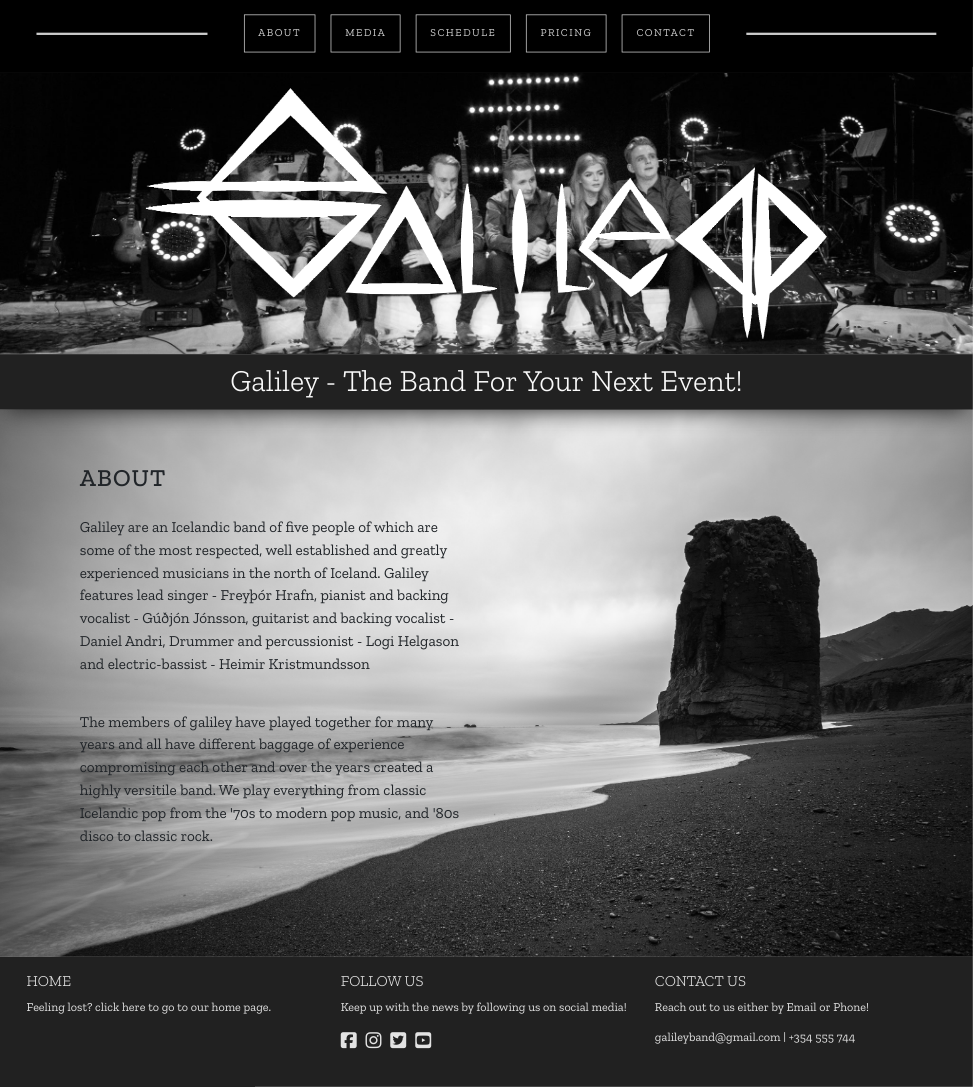
Repository: HeimirDavid/Galiley-Website
Page: index.html
The author's editor kept a record of every edit. The page is drawn from the files as they stood at one moment, then again after the next edit.
The browser window is 1280 px wide. The pictures show the whole page, at 76% of full size.
Backgrounds fixed to the window are drawn as part of the page. Some web libraries are served in a nearby version.

Above is the page before.

After the next edit:
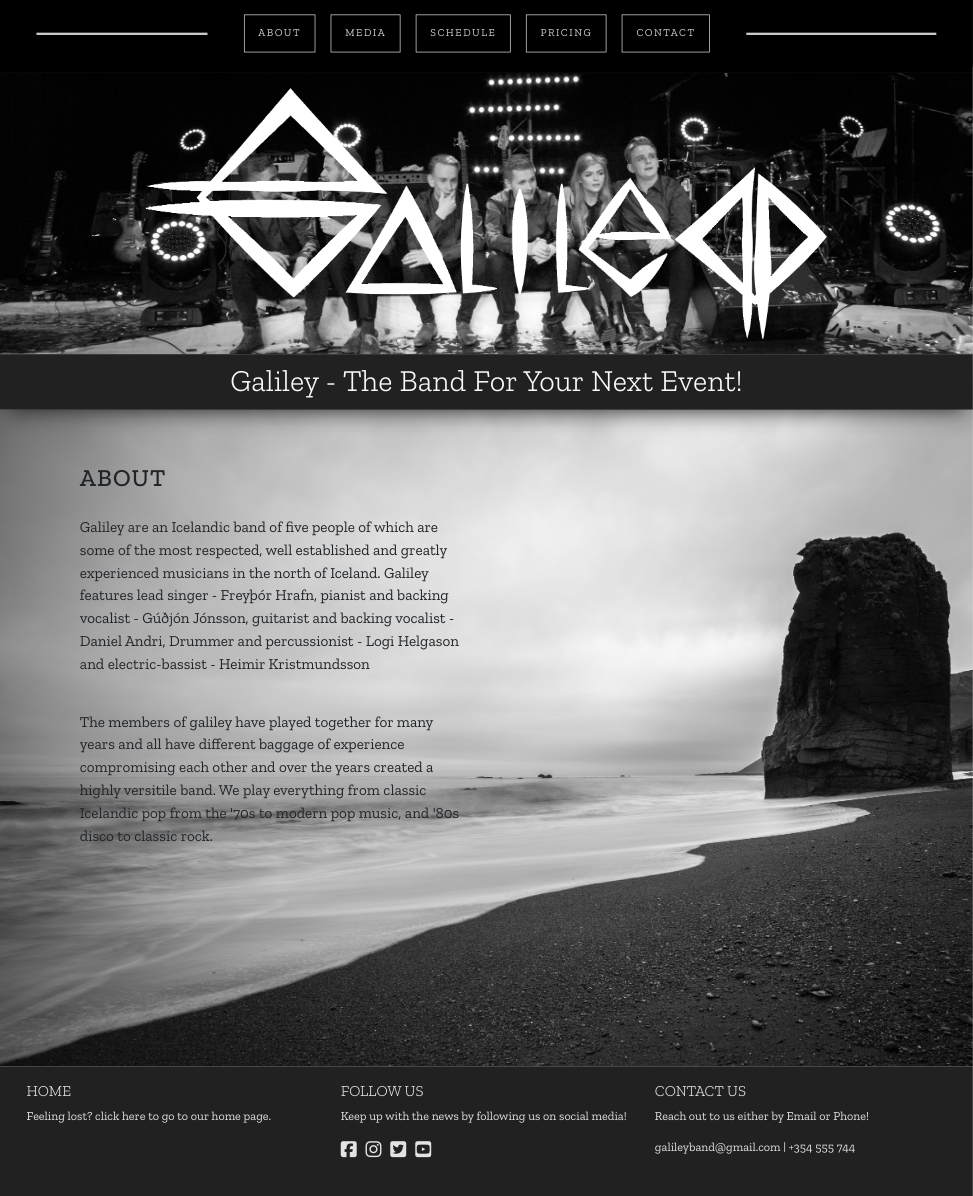
The edit:
--- a/assets/css/style.css
+++ b/assets/css/style.css
@@ -256,7 +256,7 @@
     background-image: url("../images/about-sea-image.jpg");
     background-attachment: fixed;
     background-size: cover;
-    height: 100vh;
+    height: 120vh;
     width: 100%;
     }
 
